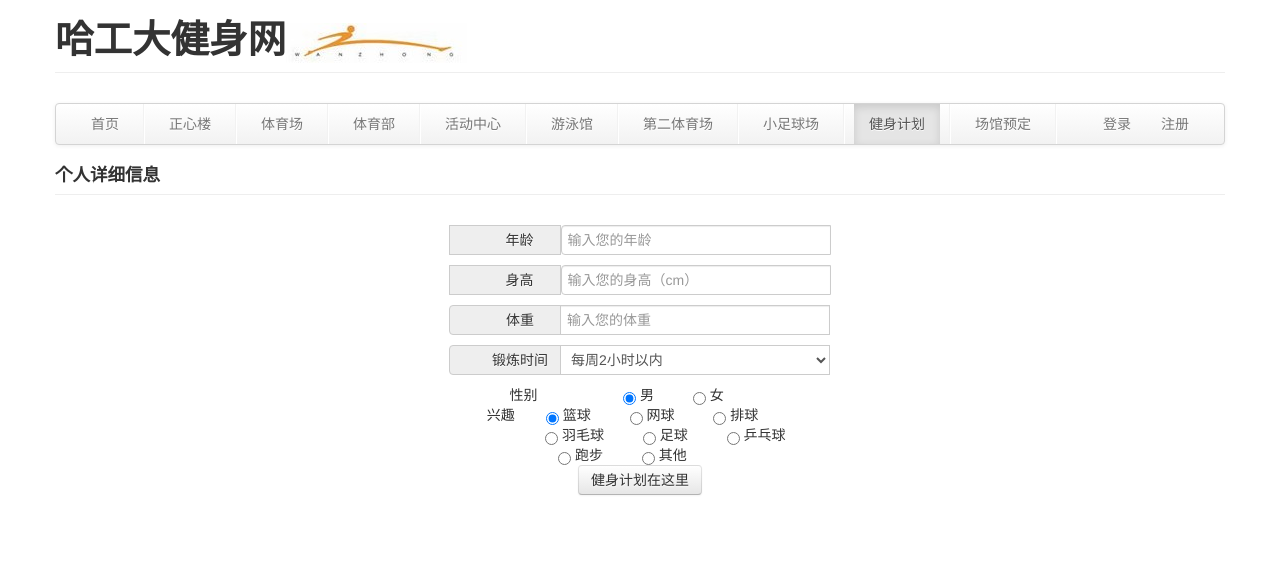
Repository: hitDeveloper/fitness
Page: http://localhost/project/myplan.jsp
The author's editor kept a copy of each file at every save. The page is drawn from the files as they stood at one save, then again after the next save.
The browser window is 1280 px wide. The pictures show the whole page.
The page is served by Tomcat 9. Nobody is signed in. The application's start-up code is not run.

Above is the page before, as saved 2014-11-19 05:41:58.

After the next save:
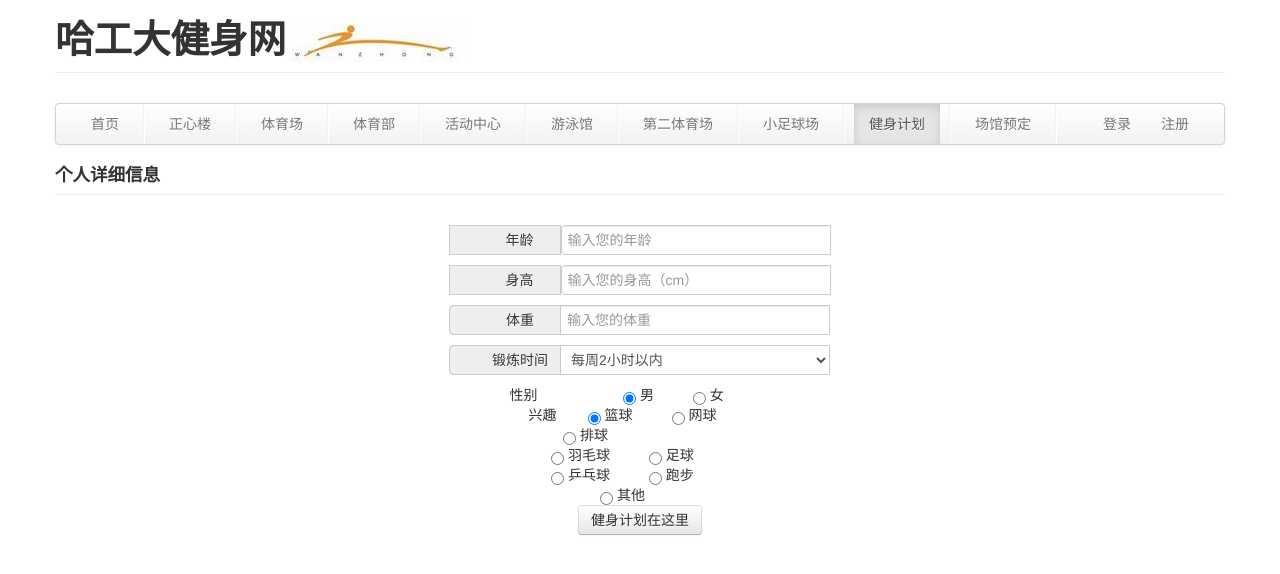
Saved 63 min 36 s later.
--- a/Project/project/WebRoot/myplan.jsp
+++ b/Project/project/WebRoot/myplan.jsp
@@ -76,13 +76,13 @@
 <div align="center">
 	 兴趣&nbsp;&nbsp;&nbsp;&nbsp;&nbsp;&nbsp;&nbsp;
      <input type="radio" name="hobby" value="篮球" checked> 篮球&nbsp;&nbsp;&nbsp;&nbsp;&nbsp;&nbsp;&nbsp;&nbsp;&nbsp;
-     <input type="radio" name="hobby" value="网球">         网球&nbsp;&nbsp;&nbsp;&nbsp;&nbsp;&nbsp;&nbsp;&nbsp;&nbsp;
-     <input type="radio" name="hobby" value="排球">         排球&nbsp;&nbsp;&nbsp;&nbsp;&nbsp;&nbsp;&nbsp;&nbsp;&nbsp;<br>
-     &nbsp;&nbsp;&nbsp;&nbsp;&nbsp;&nbsp;&nbsp;&nbsp;&nbsp;&nbsp;&nbsp;&nbsp;&nbsp;&nbsp;&nbsp;&nbsp;&nbsp;&nbsp;&nbsp;&nbsp;&nbsp;
+     <input type="radio" name="hobby" value="网球">         网球&nbsp;&nbsp;&nbsp;&nbsp;&nbsp;&nbsp;&nbsp;&nbsp;&nbsp;<br>
+     <input type="radio" name="hobby" value="排球">         排球&nbsp;&nbsp;&nbsp;&nbsp;&nbsp;&nbsp;&nbsp;&nbsp;&nbsp;
+     &nbsp;&nbsp;&nbsp;&nbsp;&nbsp;&nbsp;&nbsp;&nbsp;&nbsp;&nbsp;&nbsp;&nbsp;&nbsp;&nbsp;&nbsp;&nbsp;&nbsp;&nbsp;<br>
      <input type="radio" name="hobby" value="羽毛球">         羽毛球&nbsp;&nbsp;&nbsp;&nbsp;&nbsp;&nbsp;&nbsp;&nbsp;&nbsp;
-     <input type="radio" name="hobby" value="足球">         足球&nbsp;&nbsp;&nbsp;&nbsp;&nbsp;&nbsp;&nbsp;&nbsp;&nbsp;
-     <input type="radio" name="hobby" value="乒乓球">         乒乓球&nbsp;&nbsp;&nbsp;&nbsp;&nbsp;&nbsp;&nbsp;&nbsp;&nbsp;<br>
-     <input type="radio" name="hobby" value="跑步">         跑步&nbsp;&nbsp;&nbsp;&nbsp;&nbsp;&nbsp;&nbsp;&nbsp;&nbsp;
+     <input type="radio" name="hobby" value="足球">         足球&nbsp;&nbsp;&nbsp;&nbsp;&nbsp;&nbsp;&nbsp;&nbsp;&nbsp;<br>
+     <input type="radio" name="hobby" value="乒乓球">         乒乓球&nbsp;&nbsp;&nbsp;&nbsp;&nbsp;&nbsp;&nbsp;&nbsp;&nbsp;
+     <input type="radio" name="hobby" value="跑步">         跑步&nbsp;&nbsp;&nbsp;&nbsp;&nbsp;&nbsp;&nbsp;&nbsp;&nbsp;<br>
      <input type="radio" name="hobby" value="足球">         其他&nbsp;&nbsp;&nbsp;&nbsp;&nbsp;&nbsp;&nbsp;&nbsp;&nbsp;
 </div>
 <div align="center">
